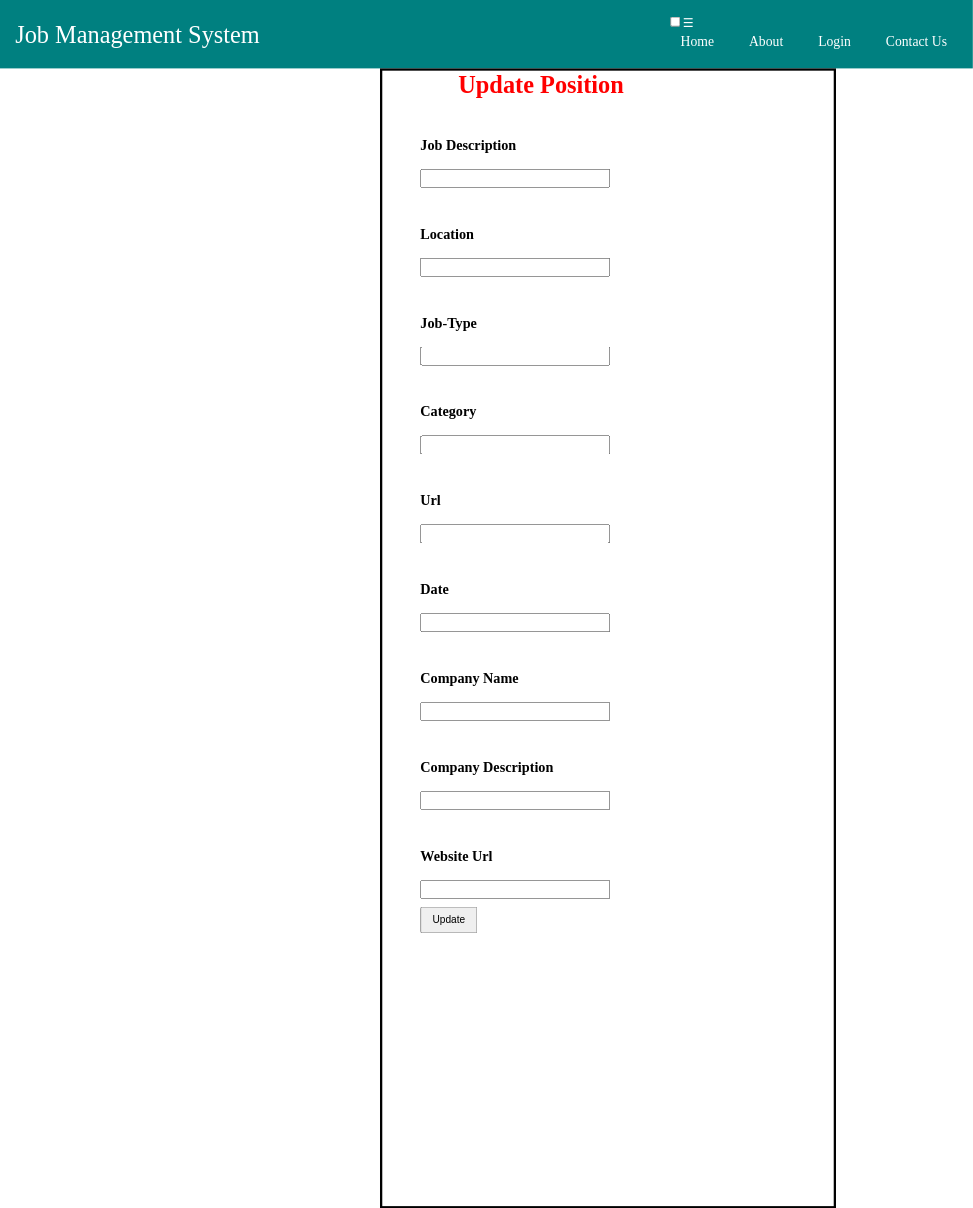
Repository: PrinceKumawat1109/JFSD
Page: http://localhost/Job-management/dashboard_update.jsp
An editor plug-in stored every save of this project. The page is shown before and after the next save, followed by the edit.
The browser window is 1280 px wide. The pictures show the whole page, at 76% of full size.
The page is served by Tomcat 9. Other server files are loaded and not shown.

Above is the page before, as saved 2022-10-29 23:19:02.

### Job-management/src/main/webapp/dashboard_update.jsp
<%@ page language="java" contentType="text/html; charset=UTF-8"
    pageEncoding="UTF-8"%>
<!DOCTYPE html>
<html>
<head>
<meta charset="UTF-8">
<title>Update</title>
<style>
.card{
height: 1500px;
width: 600px;
border-style: solid;
margin-left: 500px;
}
.i{
margin-top: 10px;
margin-left: 50px;
}
</style>
</head>

<jsp:include page="navbar2.jsp" />
<body>
<div class="card">
	<h1 style=" color: red; margin-left: 100px;">Update Position</h1>
<h3 style="margin-left: 50px; margin-top: 50px;">Job Description</h3>
	<input style="margin-left: 50px; margin-top: 20px; height: 25px; width: 250px;" type="text" id="t1"/>
	<h3 style="margin-left: 50px; margin-top: 50px;">Location</h3>
	<input style="margin-left: 50px; margin-top: 20px; height: 25px; width: 250px;" type="text" id="t2"/>
	<h3 style="margin-left: 50px; margin-top: 50px;">Job-Type</h3>
	<input style="margin-left: 50px; margin-top: 20px; height: 25px; width: 250px;" type="text" id="t3"/>
	<h3 style="margin-left: 50px; margin-top: 50px;">Category</h3>
	<input style="margin-left: 50px; margin-top: 20px; height: 25px; width: 250px;" type="text" id="t4"/>
	<h3 style="margin-left: 50px; margin-top: 50px;">Url</h3>
	<input style="margin-left: 50px; margin-top: 20px; height: 25px; width: 250px;" type="text" id="t5"/>
	<h3 style="margin-left: 50px; margin-top: 50px;">Date</h3>
	<input style="margin-left: 50px; margin-top: 20px; height: 25px; width: 250px;" type="text" id="t6"/>
	<h3 style="margin-left: 50px; margin-top: 50px;">Company Name</h3>
	<input style="margin-left: 50px; margin-top: 20px; height: 25px; width: 250px;" type="text" id="t7"/>
	<h3 style="margin-left: 50px; margin-top: 50px;">Company Description</h3>
	<input style="margin-left: 50px; margin-top: 20px; height: 25px; width: 250px;" type="text" id="t8"/>
	<h3 style="margin-left: 50px; margin-top: 50px;">Website Url</h3>
	<input style="margin-left: 50px; margin-top: 20px; height: 25px; width: 250px;" type="text" id="t9"/>
	<div class="i">
	<button style="height: 35px; width: 75px;"  onclick="update()">Update</button>
	<label id="lbl"></label>
	</div>
</div>
</body>
</html>

### Job-management/src/main/webapp/navbar2.jsp
<!DOCTYPE html>
<html lang="en">
 <head>
   <meta charset="UTF-8" />
   <meta http-equiv="X-UA-Compatible" content="IE=edge" />
   <meta name="viewport" content="width=device-width, initial-scale=1.0" />
   <style>

    /* UTILITIES */
* {
 margin: 0;
 padding: 0;
 box-sizing: border-box;
}
body {
 font-family: cursive;
}
a {
 text-decoration: none;
}
li {
 list-style: none;
}

/* NAVBAR STYLING STARTS */
.navbar {
 display: flex;
 align-items: center;
 justify-content: space-between;
 padding: 20px;
 background-color: teal;
 color: #fff;
}
.nav-links a {
 color: #fff;
}
/* LOGO */
.logo {
 font-size: 32px;
}
/* NAVBAR MENU */
.menu {
 display: flex;
 gap: 1em;
 font-size: 18px;
}
.menu li:hover {
 background-color: #4c9e9e;
 border-radius: 5px;
 transition: 0.3s ease;
}
.menu li {
 padding: 5px 14px;
}
/* DROPDOWN MENU */
.services {
 position: relative;
}
.dropdown {
 background-color: rgb(1, 139, 139);
 padding: 1em 0;
 position: absolute; /*WITH RESPECT TO PARENT*/
 display: none;
 border-radius: 8px;
 top: 35px;
}
.dropdown li + li {
 margin-top: 10px;
}
.dropdown li {
 padding: 0.5em 1em;
 width: 8em;
 text-align: center;
}
.dropdown li:hover {
 background-color: #4c9e9e;
}
.services:hover .dropdown {
 display: block;
}
   </style>
   <title>Document</title>
 </head>
 <body>
   <nav class="navbar">
     <!-- LOGO -->
     <div class="logo">Job Management System</div>
     <!-- NAVIGATION MENU -->
     <ul class="nav-links">
       <!-- USING CHECKBOX HACK -->
       <input type="checkbox" id="checkbox_toggle" />
       <label for="checkbox_toggle" class="hamburger">&#9776;</label>
       <!-- NAVIGATION MENUS -->
       <div class="menu">
         <li><a href="/">Home</a></li>
         <li><a href="/">About</a></li>
         <li class="services">
           <a href="/">Login</a>
           <!-- DROPDOWN MENU -->
           <ul class="dropdown">
             <li><a href="dashboard.jsp">DASHBOARD </a></li>
             <li><a href="applicants.jsp">APPLICANTS</a></li>
             <li><a href="newposition.jsp">POST A NEW JOB</a></li>
             <li><a href="https://rzp.io/i/k9xa2LhReQ">PAYMENT</a></li>
             <li><a href="index.jsp">LOGOUT</a></li>
           </ul>
         </li>
         <li><a href="/">Contact Us</a></li>
       </div>
     </ul>
   </nav>
 </body>
</html>

After the next save:
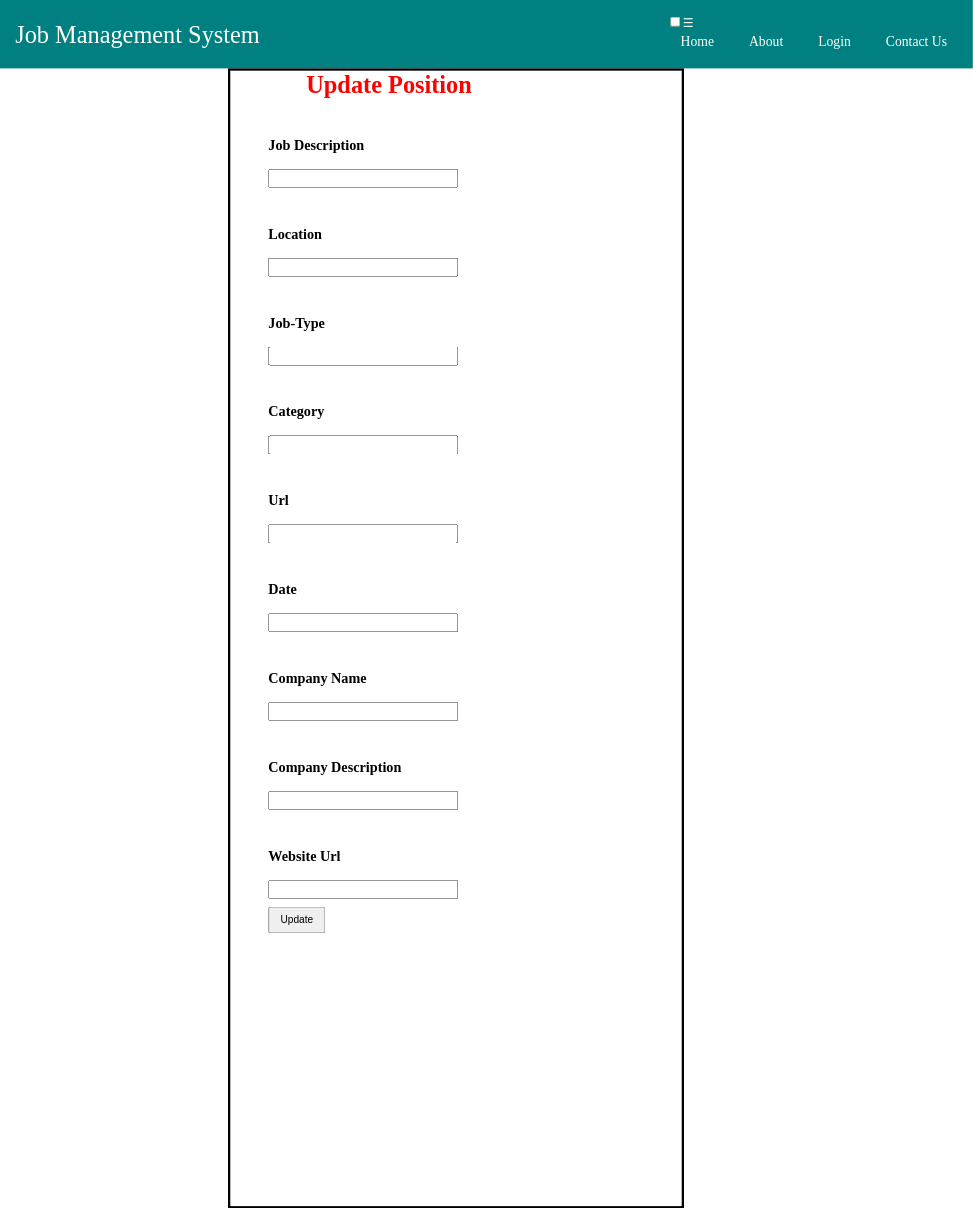
Saved 9 s later.
--- a/Job-management/src/main/webapp/dashboard_update.jsp
+++ b/Job-management/src/main/webapp/dashboard_update.jsp
@@ -10,7 +10,7 @@
 height: 1500px;
 width: 600px;
 border-style: solid;
-margin-left: 500px;
+margin-left: 300px;
 }
 .i{
 margin-top: 10px;
